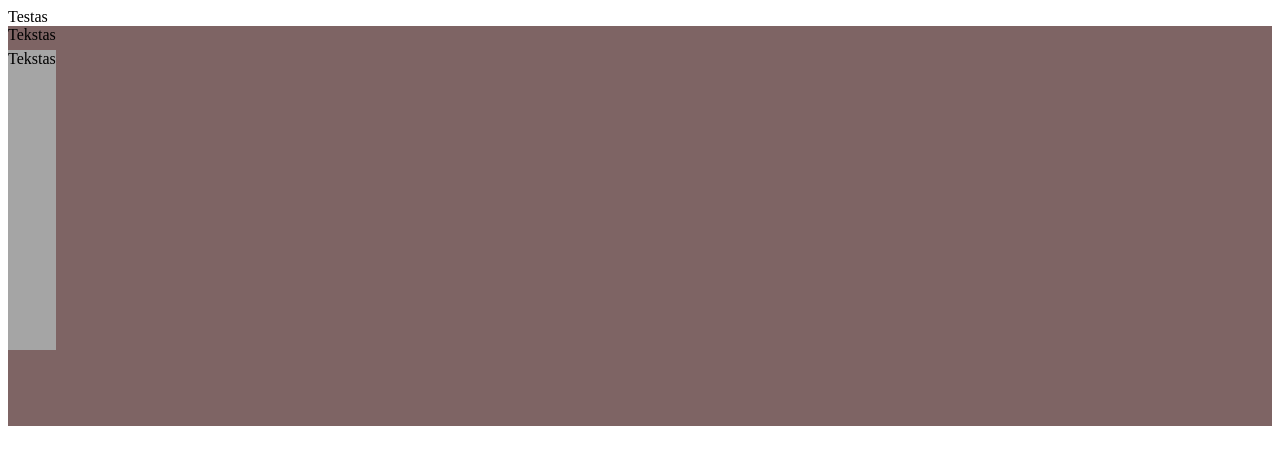
Repository: motiejus1/13-paskaita-05.31
Page: index.html
The author's editor kept a copy of each file at every save. The page is drawn from the files as they stood at one save, then again after the next save.
The browser window is 1280 px wide. The pictures show the whole page.

Above is the page before, as saved 2021-06-21 19:28:34.

### index.html
<!DOCTYPE html>
<html lang="en">
<head>
    <meta charset="UTF-8">
    <meta http-equiv="X-UA-Compatible" content="IE=edge">
    <meta name="viewport" content="width=device-width, initial-scale=1.0">
    <title>13 paskaita</title>
    <style>
        .container {
            height: 300px;
            background-color: rgb(165, 165, 165) ;
            position: absolute;
            top: 50px;
        }

        .container1 {
            height: 400px;
            background-color: rgb(126, 100, 100) ;
        }
    </style>


</head>

<body>
<!-- position relative ir position absolute -->

<div class="container">
Tekstas
</div>

<div class="kvadratelis">
    Testas
</div>

<div class="container1">
    Tekstas
</div>

</body>
</html>

After the next save:
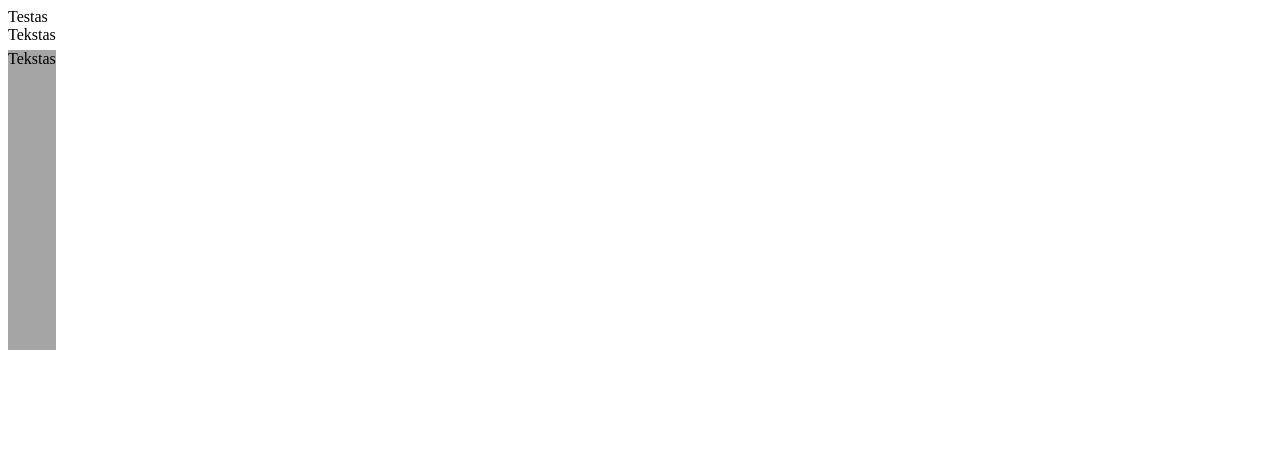
Saved 8 s later.
--- a/index.html
+++ b/index.html
@@ -12,6 +12,8 @@
             position: absolute;
             top: 50px;
         }
+
+        .kvda
 
         .container1 {
             height: 400px;

After the 2 saves that followed:
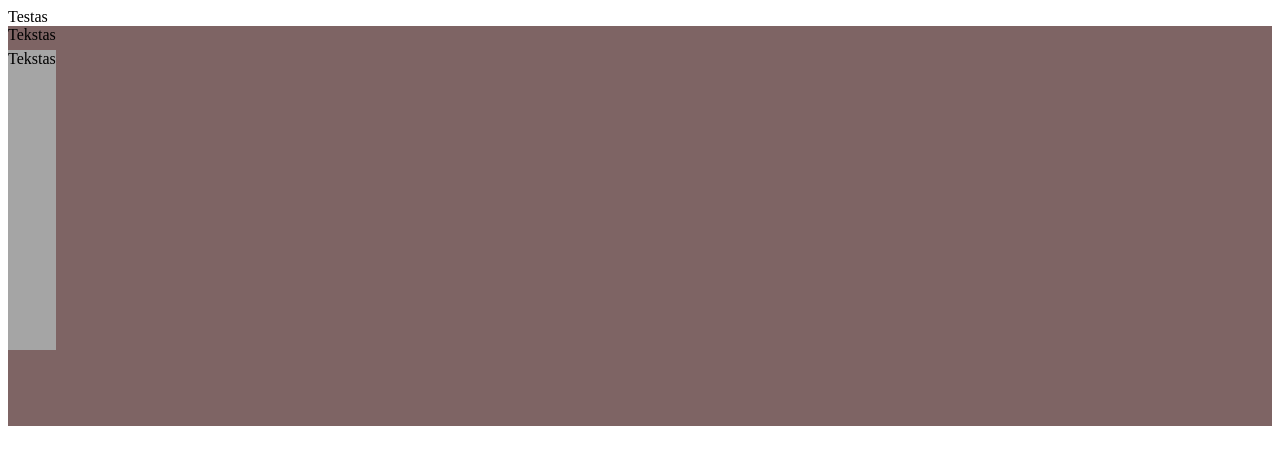
The 2 saves are shown as one change because they came seconds apart.
The last was saved 11 s later.
--- a/index.html
+++ b/index.html
@@ -13,7 +13,9 @@
             top: 50px;
         }
 
-        .kvda
+        .kvadratas {
+
+        }
 
         .container1 {
             height: 400px;
